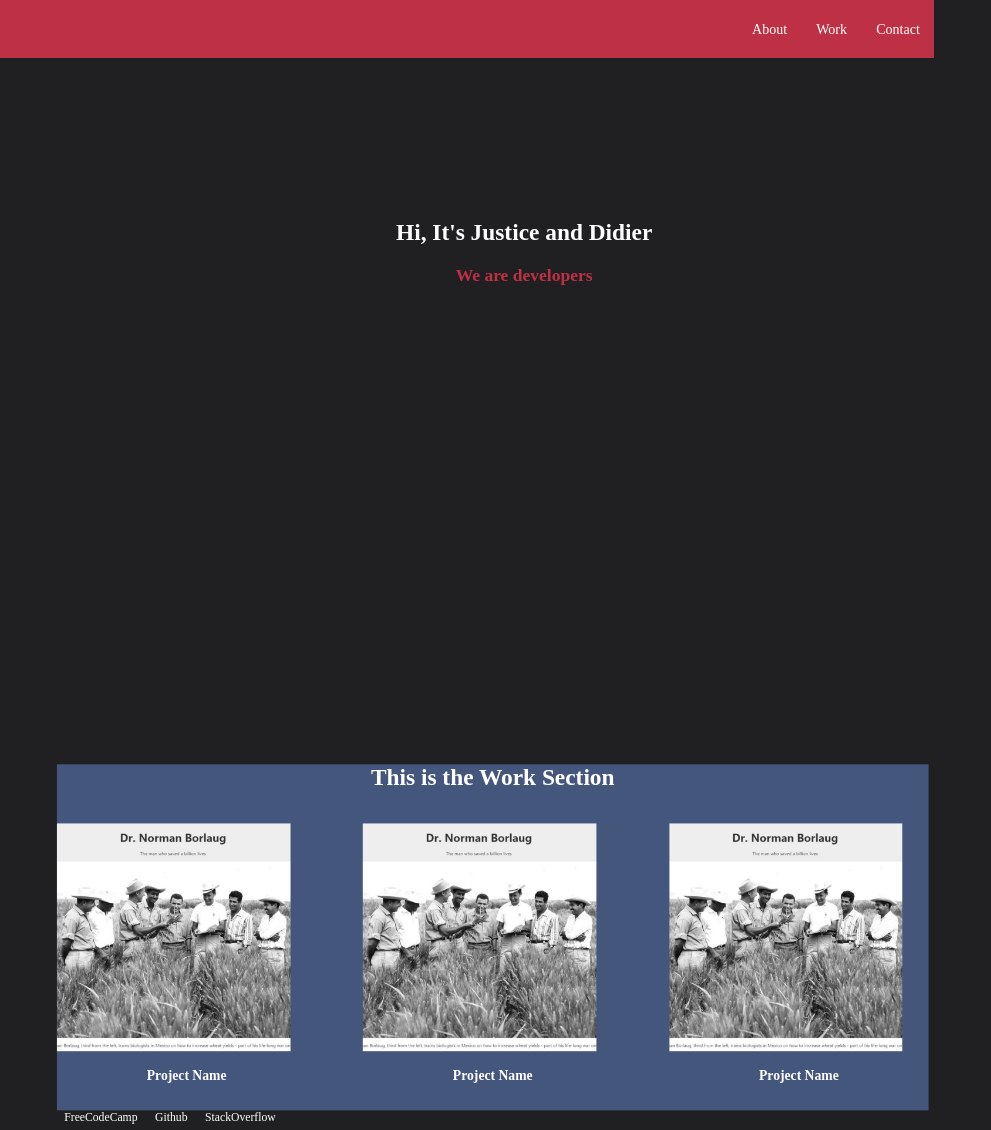
Repository: justicebhekani88/microverse_portfolio_project
Page: index.html
An editor plug-in stored every save of this project. The page is shown before and after the next save, followed by the edit.
The browser window is 1280 px wide. The page is 1358 px wide, then 1328 px, so the pictures cover 1358 px, including what lies to the right of the window. The pictures show the whole page, at 73% of full size.

Above is the page before, as saved 2022-07-21 15:28:13.

### index.html
<!DOCTYPE html>
<html lang="en">

<head>
    <meta charset="UTF-8">
    <meta http-equiv="X-UA-Compatible" content="IE=edge">
    <meta name="viewport" content="width=device-width, initial-scale=1.0">
    <link rel="stylesheet" href="style.css">
    <title>Portfolio Project</title>
</head>

<body>
    <nav id="navbar">
        <ul id="nav-list">
            <li><a href="#welcome-section">About</a></li>
            <li><a href="#projects">Work</a></li>
            <li><a href="#contact">Contact</a></li>
        </ul>
    </nav>
    <div id="main">
        <section id="welcome-section">
            <div id="welcome-text">
                <h1>Hi, It's Justice and Didier</h1>
                <h2>We are developers</h2>
            </div>
        </section>
        <section id="projects">
            <h1>This is the Work Section</h1>
            <div id="projects-display">
            <div class="project-tile">
                <a href="">
                    <div>
                        <img src="project.png" alt="Project Image">
                        <h3>Project Name</h3>
                    </div>
                </a>
            </div>
            <div class="project-tile">
                <a href="">
                    <div>
                        <img src="project.png" alt="Project Image">
                        <h3>Project Name</h3>
                    </div>
                </a>
            </div>
            <div class="project-tile">
                <a href="">
                    <div>
                        <img src="project.png" alt="Project Image">
                        <h3>Project Name</h3>
                    </div>
                </a>
            </div>
            </div>
        </section>
        <section>
            <a href="#" id="profile-link" target="_blank">FreeCodeCamp</a>
            <a href="#" id="profile-link" target="_blank">Github</a>
            <a href="#" id="profile-link" target="_blank">StackOverflow</a>
        </section>
    </div>

</body>

</html>

### style.css
body {
    background-color: #202022;
    overflow-x: hidden;
}

nav {
    color: white;
    display: flex;
    justify-content: flex-end;
    position: fixed;
    top: 0;
    left: 0;
    width: 100%;
    background: #BE3043;
}

#nav-list {
    display: flex;
}

li,
a {
    list-style: none;
    color: white;
    padding: 10px;
    text-decoration: none;
}

#main {
    padding-left: 70px;
}

#welcome-section {
    width: 100vw;
    height: 100vh;
}

h1 {
    color: white;
    font-size: 2rem;
    text-align: center;
}

h2 {
    color: #BE3043;
    font-size: 1.5rem;
}

h3 {
    text-align: center;
}

#welcome-text {
    margin: 300px 30%;
    text-align: center;
}

#projects {
    background: #45567D;
    width: 100%;
}

#projects-display {
    display: grid;
    grid-template-columns: repeat(auto-fit, minmax(320px, 1fr));
    grid-gap: 4rem;
}

img {
    width: 90%
}

@media only screen and (min-width: 600px) {
    #main {

    }
}

@media only screen and (min-width: 1280px) {
    #main {

    }
    nav {
        font-size: larger;
    }
}

After the next save:
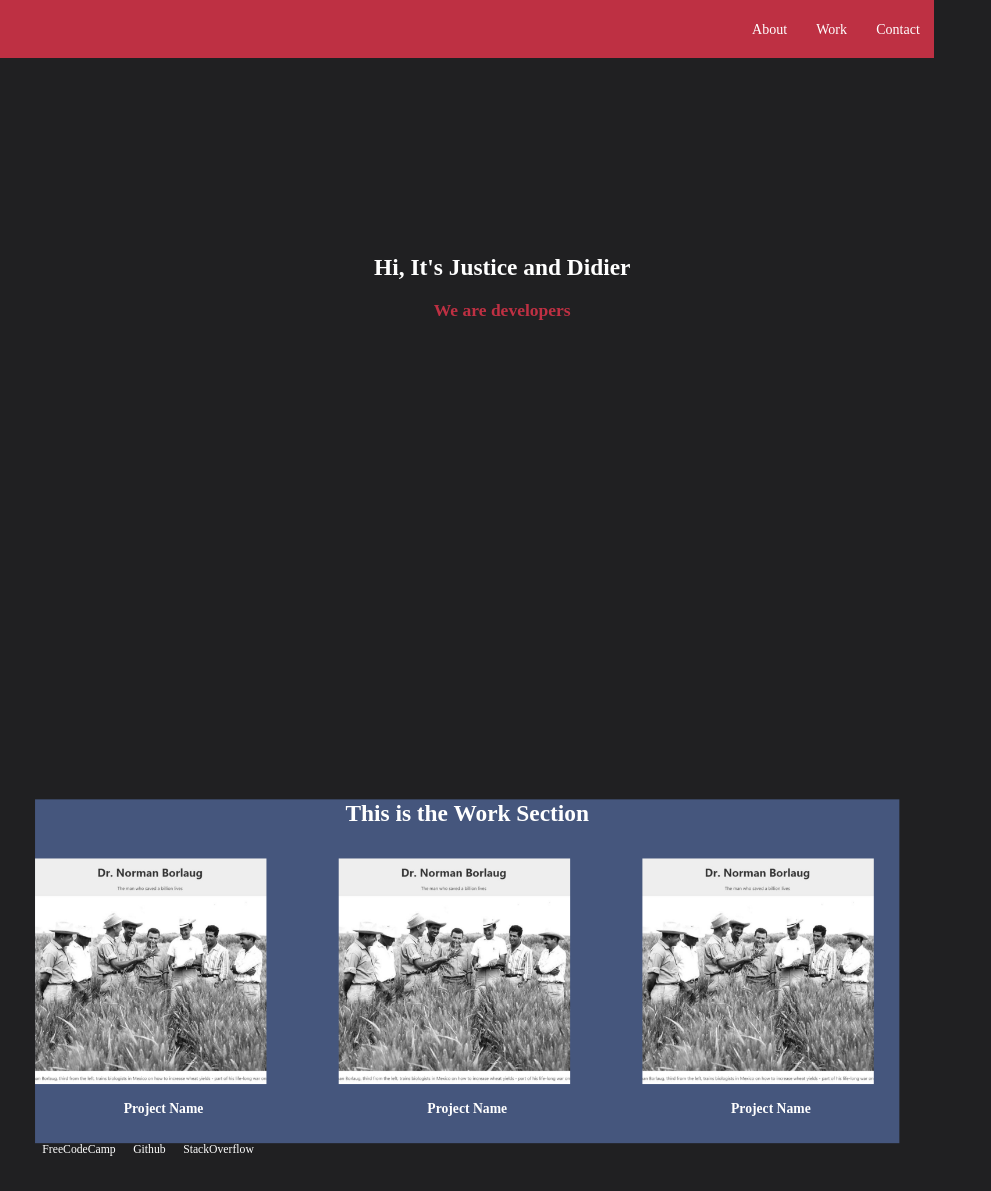
Saved 18 s later.
--- a/style.css
+++ b/style.css
@@ -56,8 +56,7 @@ h3 {
 }
 
 #projects {
-    background: #45567D;
-    width: 100%;
+background: #45567D;
 }
 
 #projects-display {
@@ -72,13 +71,13 @@ img {
 
 @media only screen and (min-width: 600px) {
     #main {
-
+        padding: 10px;
     }
 }
 
 @media only screen and (min-width: 1280px) {
     #main {
-
+        padding: 40px;
     }
     nav {
         font-size: larger;
